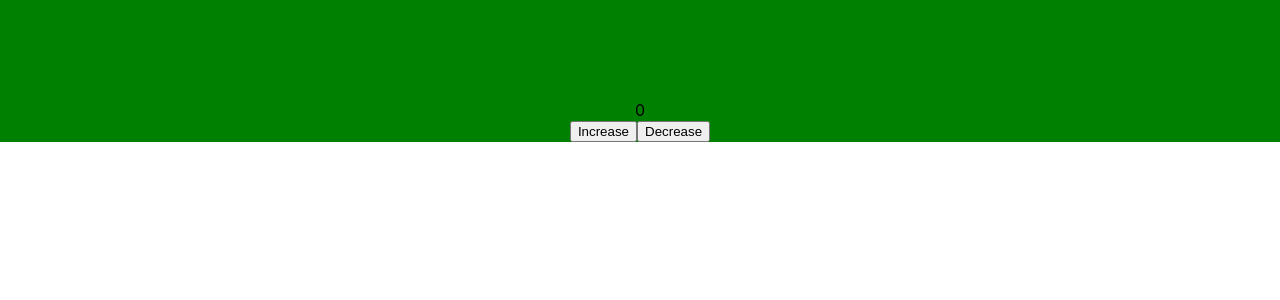
Repository: Marwa-Medhat/ReactJS-Labs
Page: / (app in myapp/)
These files come from the project's save history. The page is drawn as it stood at one moment and after the next save; the edit follows.
The browser window is 1280 px wide. The pictures show the whole page.
The project was rebuilt for these pictures with package versions that can differ from the ones it lists, and the page was loaded fresh each time.

Above is the page before, as saved 2021-04-25 15:09:32.

### myapp/src/App.js
import logo from './logo.svg';
import './App.css';
import React, { Component } from 'react';
// function App() {



  class Counter extends React.Component{
    constructor()
    {
      super();
      this.state={
        count:0
    }
  }
    increase=()=>{

      this.setState({count:this.state.count+1})
    }
    decrease=()=>{

      this.setState({count:this.state.count-1})
    }

    render(){
      return (
        <div >
        <div>{this.state.count}</div>
        <button onClick={this.increase}> Increase</button>
        <button onClick={this.decrease}> Decrease</button>
        </div>
      ); //return
      } //render
    }

class App extends React.Component{

  render(){
  return (

    <div className="App"  >
   <div style={{ paddingTop: 100, backgroundColor:'green'}}><Counter  /></div>
   </div>



  ); //return
  } //render
} //class App

export default App;

Loaded but not shown: myapp/public/index.html (common file); myapp/src/index.js (common file); myapp/src/index.css (common file); myapp/src/reportWebVitals.js (common file); myapp/src/App.css (common file)

After the next save:
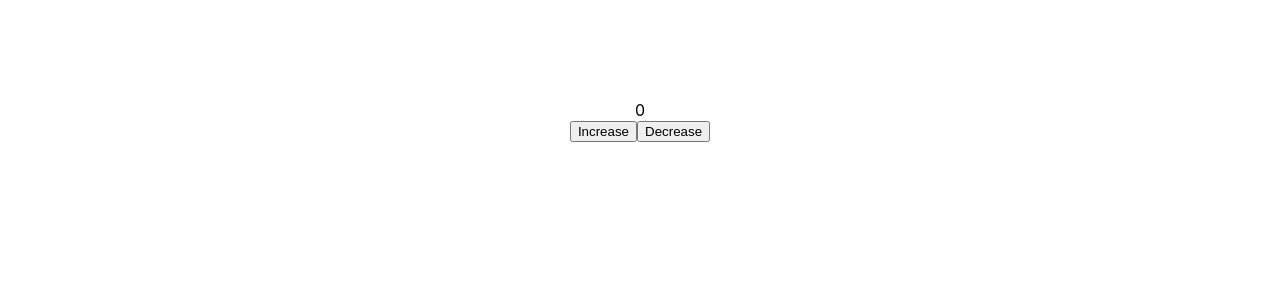
Saved 14 s later.
--- a/myapp/src/App.js
+++ b/myapp/src/App.js
@@ -32,14 +32,14 @@ import React, { Component } from 'react';
       ); //return
       } //render
     }
-
+    // backgroundColor:'green'
 class App extends React.Component{
 
   render(){
   return (
 
     <div className="App"  >
-   <div style={{ paddingTop: 100, backgroundColor:'green'}}><Counter  /></div>
+   <div style={{ paddingTop: 100, }}><Counter  /></div>
    </div>
 
 
